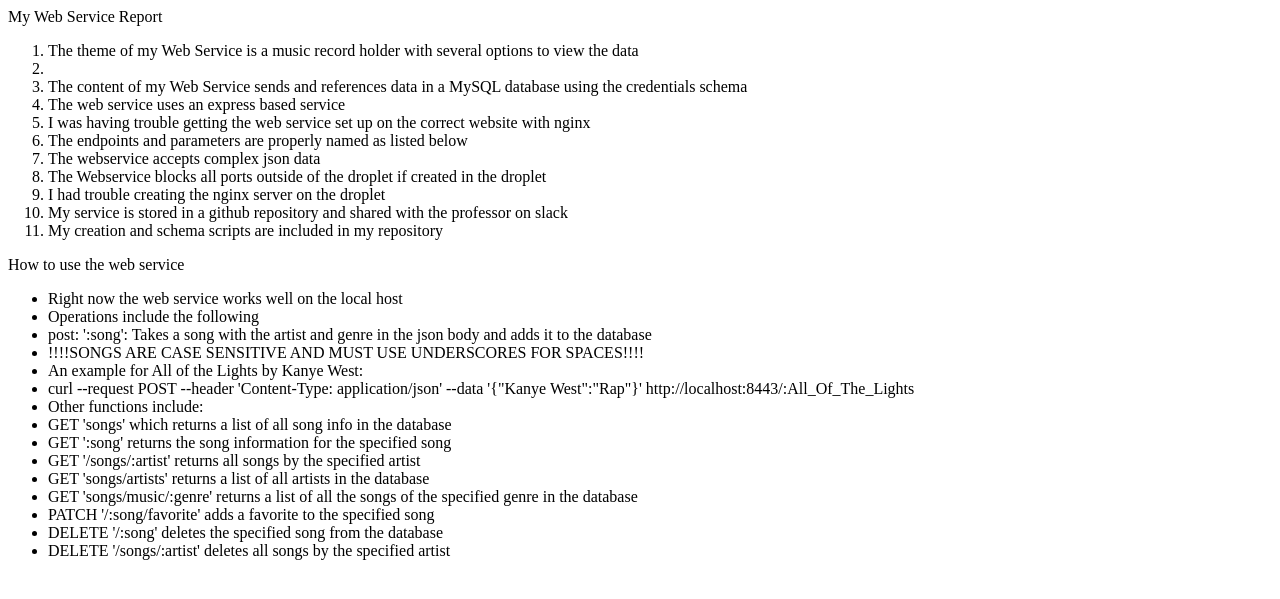
Repository: alharama/WebService
Page: report.html
An editor plug-in stored every save of this project. The page is shown before and after the next save, followed by the edit.
The browser window is 1280 px wide. The pictures show the whole page.

Above is the page before, as saved 2021-10-28 23:30:03.

### report.html
<!DOCTYPE html>
<html lang="en">
  <head>
    <title>Web Service Report</title>
  </head>

  <body>
    <header>My Web Service Report</header>

    <ol>
      <li>
        The theme of my Web Service is a music record holder with several
        options to view the data
      </li>
      <li></li>
      <li>
        The content of my Web Service sends and references data in a MySQL
        database using the credentials schema
      </li>
      <li>The web service uses an express based service</li>
      <li>
        I was having trouble getting the web service set up on the correct
        website with nginx
      </li>
      <li>The endpoints and parameters are properly named as listed below</li>
      <li>The webservice accepts complex json data</li>
      <li>
        The Webservice blocks all ports outside of the droplet if created in the
        droplet
      </li>
      <li>I had trouble creating the nginx server on the droplet</li>
      <li>
        My service is stored in a github repository and shared with the
        professor on slack
      </li>
      <li>My creation and schema scripts are included in my repository</li>
    </ol>

    How to use the web service
    <ul>
      <li>Right now the web service works well on the local host</li>
      <li>Operations include the following</li>
      <li>
        post: ':song': Takes a song with the artist and genre in the json body
        and adds it to the database
      </li>
      <li>
        !!!!SONGS ARE CASE SENSITIVE AND MUST USE UNDERSCORES FOR SPACES!!!!
      </li>
      <li>An example for All of the Lights by Kanye West:</li>
      <li>
        curl --request POST --header 'Content-Type: application/json' --data
        '{"Kanye West":"Rap"}' http://localhost:8443/:All_Of_The_Lights
      </li>
      <li>Other functions include:</li>
      <li>GET 'songs' which returns a list of all song info in the database</li>
      <li>GET ':song' returns the song information for the specified song</li>
      <li>GET '/songs/:artist' returns all songs by the specified artist</li>
      <li>GET 'songs/artists' returns a list of all artists in the database</li>
      <li>
        GET 'songs/music/:genre' returns a list of all the songs of the
        specified genre in the database
      </li>
      <li>PATCH '/:song/favorite' adds a favorite to the specified song</li>
      <li>DELETE '/:song' deletes the specified song from the database</li>
      <li>DELETE '/songs/:artist' deletes all songs by the specified artist</li>
    </ul>
  </body>
</html>

After the next save:
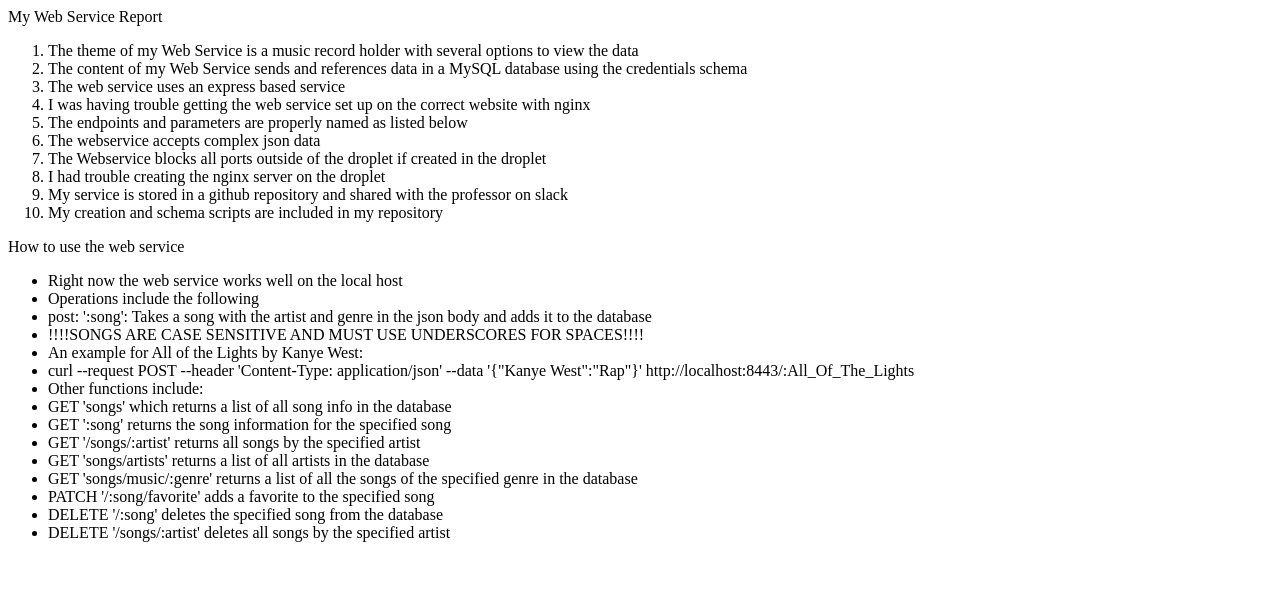
Saved 31 s later.
--- a/report.html
+++ b/report.html
@@ -12,7 +12,6 @@
         The theme of my Web Service is a music record holder with several
         options to view the data
       </li>
-      <li></li>
       <li>
         The content of my Web Service sends and references data in a MySQL
         database using the credentials schema
